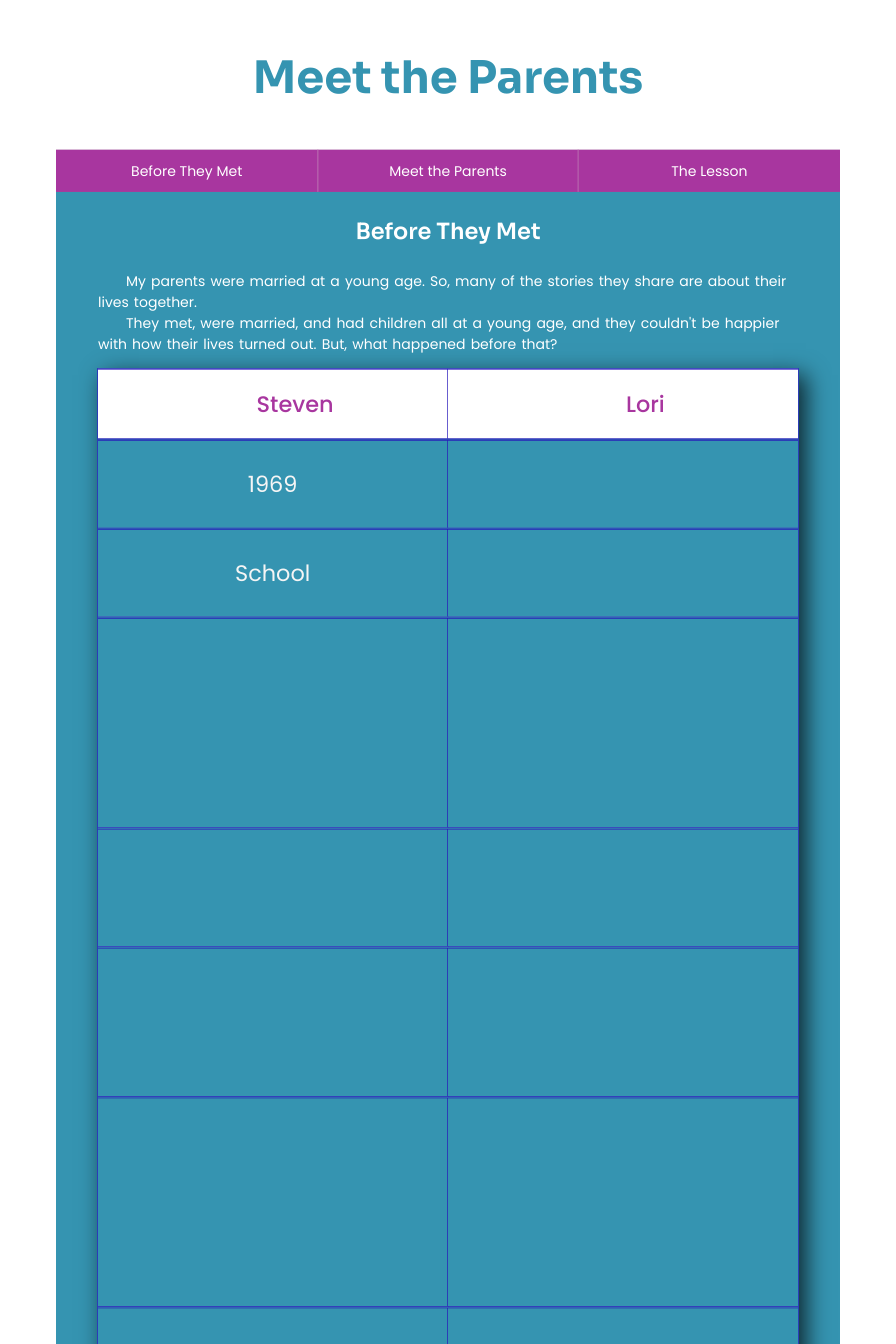
Repository: Sbethm/parents-tribute
Page: timeline.html
An editor plug-in stored every save of this project. The page is shown before and after a run of saves, followed by the edit.
The browser window is 1280 px wide. The pictures show the part of the page from y = 0 to 1920 px (the page is 3548 px tall before and 3419 px after), at 70% of full size.

Above is the page before, as saved 2021-02-24 13:41:26.

After the next 2 saves:
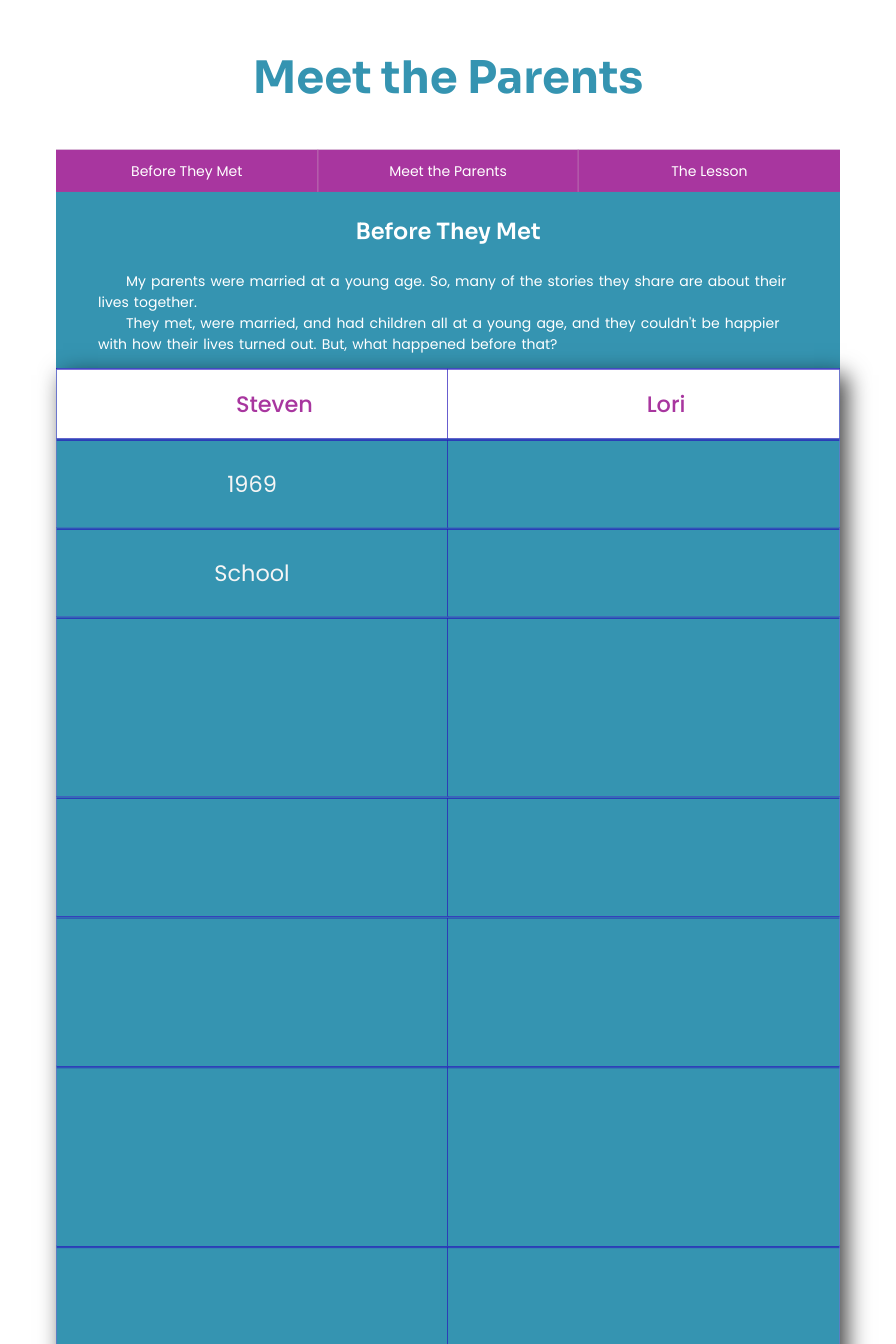
The 2 saves are shown as one change because they came seconds apart.
The last was saved 7 s later.
--- a/style.css
+++ b/style.css
@@ -787,7 +787,7 @@
     .grid--timeline {
         display: grid;
         margin: 0 auto;
-        max-width: 1000px;
+        width: max 1000px;
         box-shadow: 10px 10px 31px 0px rgba(0,0,0,0.75);
         -webkit-box-shadow: 10px 10px 31px 0px rgba(0,0,0,0.75);
         -moz-box-shadow: 10px 10px 31px 0px rgba(0,0,0,0.75);

After the 2 saves that followed:
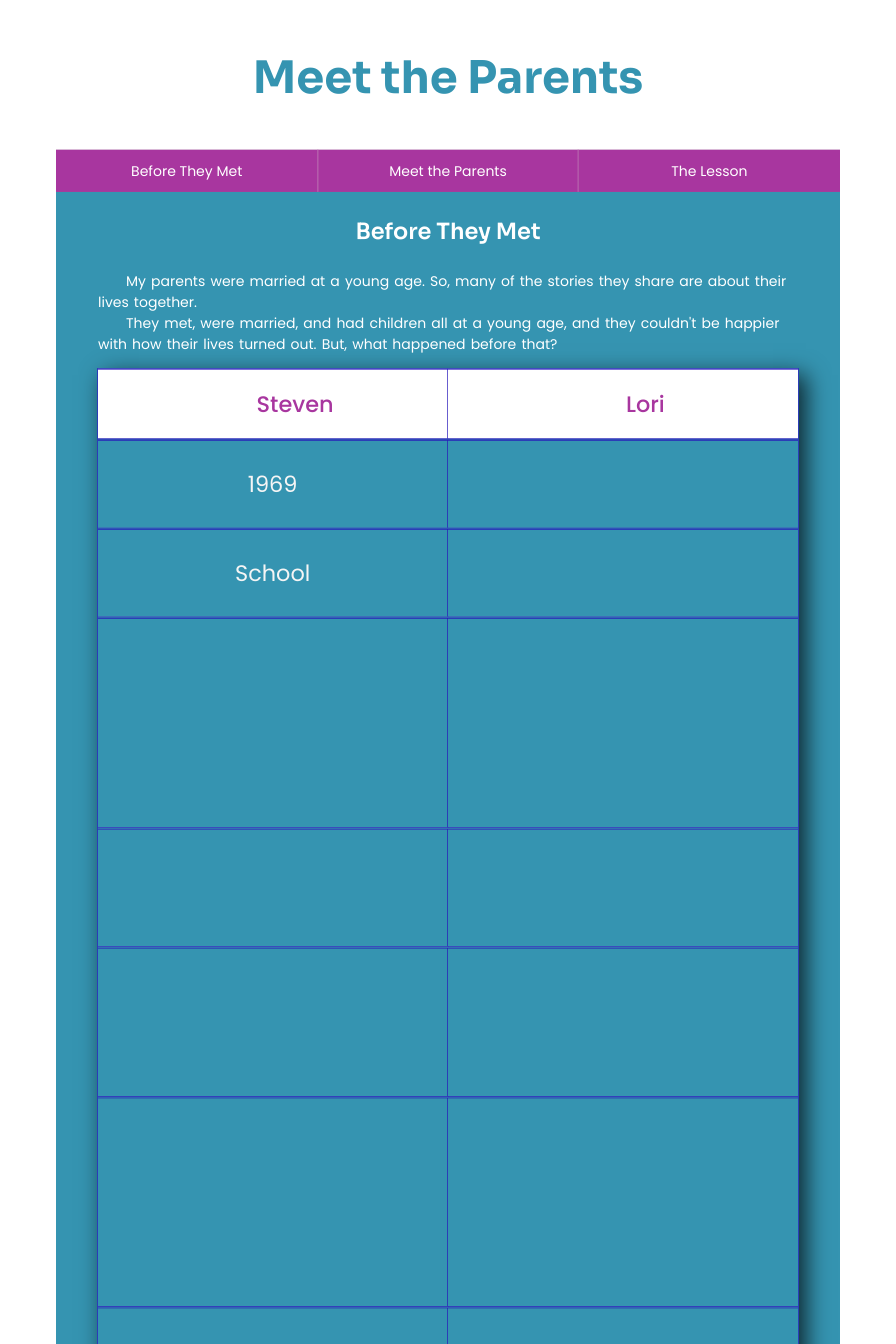
The 2 saves are shown as one change because 1 left the picture as it was.
The last was saved 2 min 19 s later.
--- a/style.css
+++ b/style.css
@@ -787,7 +787,7 @@
     .grid--timeline {
         display: grid;
         margin: 0 auto;
-        width: max 1000px;
+        width: 1000px;
         box-shadow: 10px 10px 31px 0px rgba(0,0,0,0.75);
         -webkit-box-shadow: 10px 10px 31px 0px rgba(0,0,0,0.75);
         -moz-box-shadow: 10px 10px 31px 0px rgba(0,0,0,0.75);
